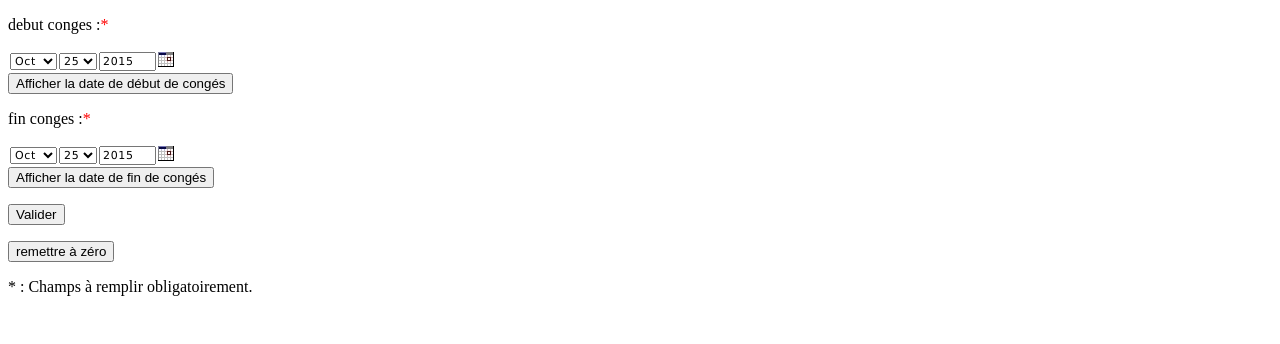
Repository: Iankills/TB-IR331
Page: http://localhost/gestConges_WebGUI/nouveau_conges.jsp
The author's editor kept a copy of each file at every save. The page is drawn from the files as they stood at one save, then again after the next save.
The browser window is 1280 px wide. The pictures show the whole page.
The page is served by Tomcat 9. Other server files are loaded and not shown.

Above is the page before, as saved 2015-10-29 09:56:30.

### workspace-gestconges/gestConges_WebGUI/WebContent/nouveau_conges.jsp
<%@ page language="java" contentType="text/html; charset=ISO-8859-1"
	pageEncoding="ISO-8859-1"%>
<!DOCTYPE html PUBLIC "-//W3C//DTD HTML 4.01 Transitional//EN" "http://www.w3.org/TR/html4/loose.dtd">
<html>
<head>
<meta http-equiv="Content-Type" content="text/html; charset=ISO-8859-1">
<title>Création Conges</title>
<!-- test du script -->
<script type="text/javascript" src="calendarDateInput.js">

/***********************************************
* Jason's Date Input Calendar- By Jason Moon http://calendar.moonscript.com/dateinput.cfm
* Script featured on and available at http://www.dynamicdrive.com
* Keep this notice intact for use.
***********************************************/
</script>
<!-- Fin test du script -->

</head>
<body>

	<form method="get" action="template.jsp">

		<input type="hidden" name="action" value="traitement_conges" />
				<p>debut conges :<font color="red">*</font></p>
				<script>DateInput('debutconges', true, 'DD/MM/YYYY')</script>
				<input type="button" onClick="alert(this.form.debutconges.value)" value="Afficher la date de début de congés">

				<p>fin conges :<font color="red">*</font></p>
			    <!-- <td><input type="text" name='finconges' placeholder="format jj/mm/aaaa" /></td> -->
			    <script>DateInput('finconges', true, 'DD/MM/YYYY')</script>
				<input type="button" onClick="alert(this.form.finconges.value)" value="Afficher la date de fin de congés">
		<p><input type="submit" value="Valider" /></p>
		<p><input type="reset" value="remettre à zéro" /></p>
		<p class="erreur">* : Champs à remplir obligatoirement.</p>
	</form>
</body>
</html>

Loaded but not shown: workspace-gestconges/gestConges_WebGUI/WebContent/calendarDateInput.js (591 lines, source omitted)

After the next save:
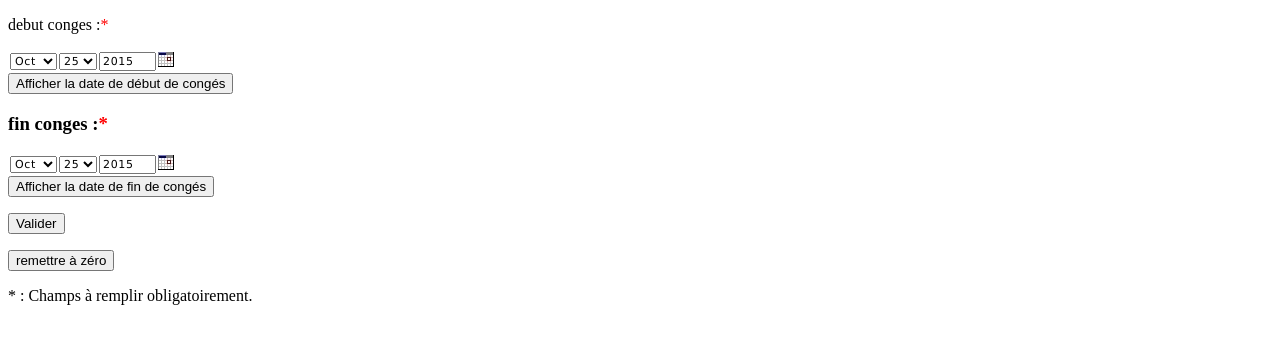
Saved 23 s later.
--- a/workspace-gestconges/gestConges_WebGUI/WebContent/nouveau_conges.jsp
+++ b/workspace-gestconges/gestConges_WebGUI/WebContent/nouveau_conges.jsp
@@ -26,7 +26,7 @@
 				<script>DateInput('debutconges', true, 'DD/MM/YYYY')</script>
 				<input type="button" onClick="alert(this.form.debutconges.value)" value="Afficher la date de début de congés">
 
-				<p>fin conges :<font color="red">*</font></p>
+				<h3>fin conges :<font color="red">*</font></h3>
 			    <!-- <td><input type="text" name='finconges' placeholder="format jj/mm/aaaa" /></td> -->
 			    <script>DateInput('finconges', true, 'DD/MM/YYYY')</script>
 				<input type="button" onClick="alert(this.form.finconges.value)" value="Afficher la date de fin de congés">
